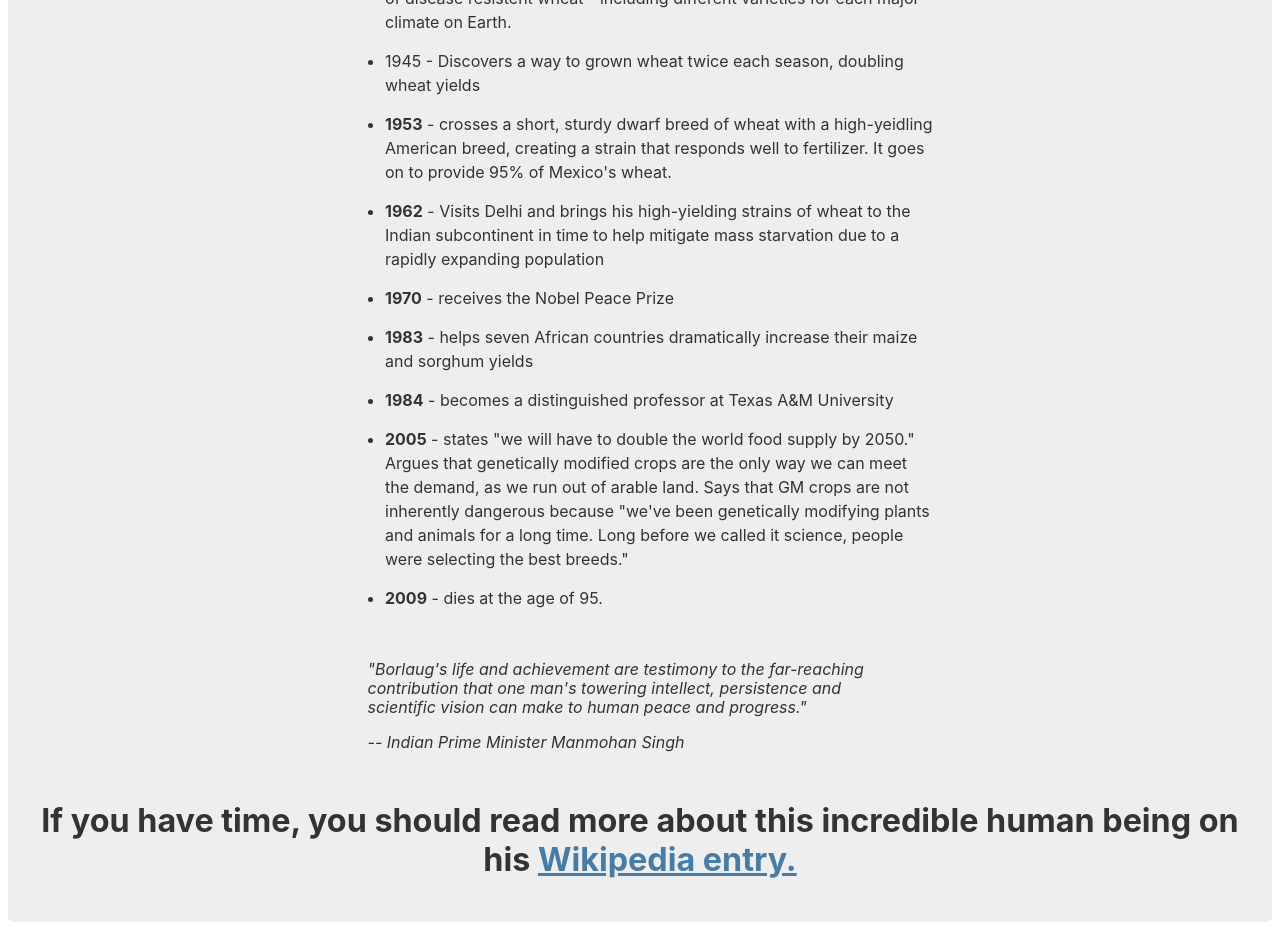
Repository: Lungdjos/tribute-page-certificate
Page: index.html
These files come from the project's save history. The page is drawn as it stood at one moment and after the next save; the edit follows.
The browser window is 1280 px wide. The pictures show the part of the page from y = 1192 to 2144 px (the page is 2144 px tall before and 2080 px after).
A picture or video elsewhere on the page could not be fetched, so the positions and the page height are approximate.

Above is the page before, as saved 2023-10-30 12:55:42.

After the next save:
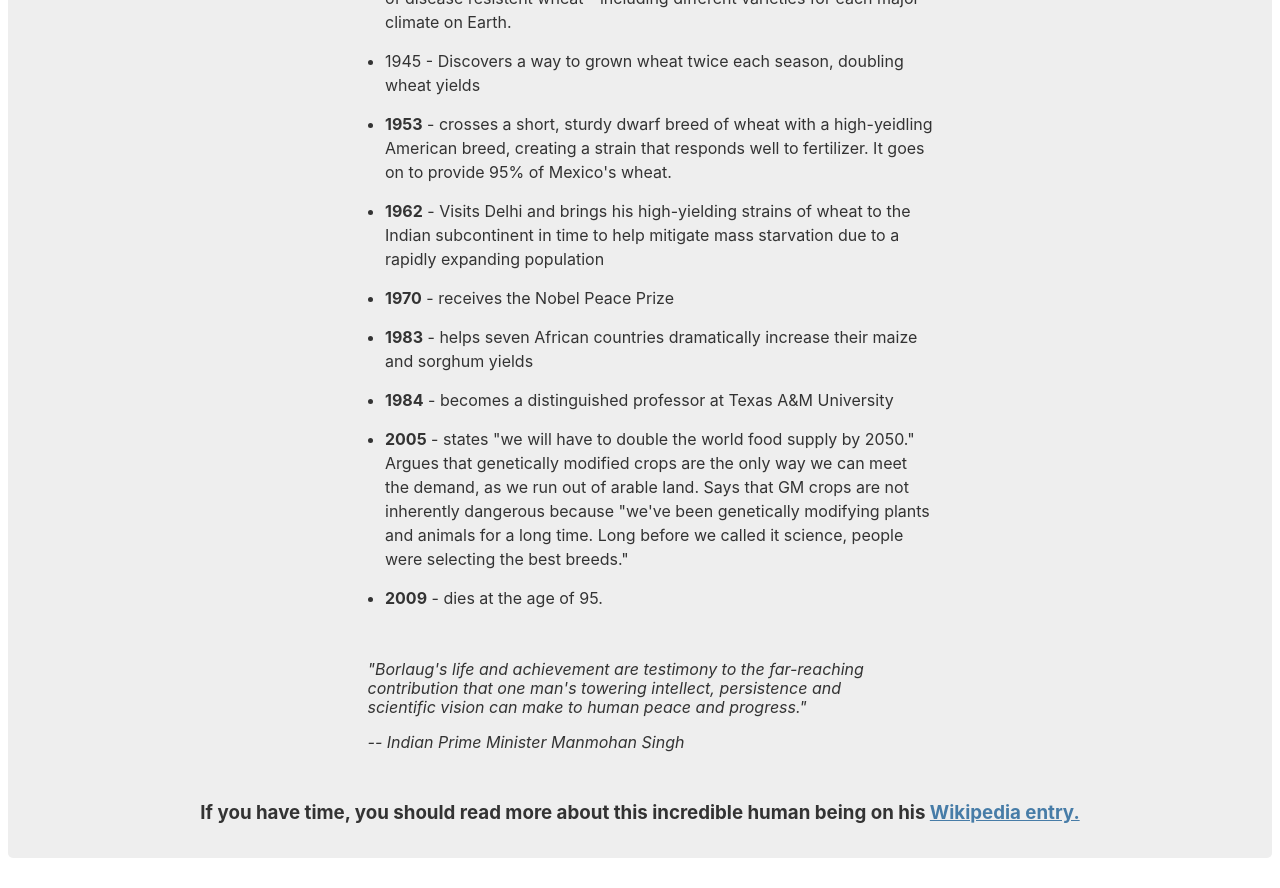
Saved 13 s later.
--- a/index.html
+++ b/index.html
@@ -45,7 +45,7 @@
                 </p>
                 <cite>-- Indian Prime Minister Manmohan Singh</cite>
             </blockquote>
-            <h2 class="foot">If you have time, you should read more about this incredible human being on his
+            <h3 class="foot">If you have time, you should read more about this incredible human being on his
                 <a href="https://en.wikipedia.org/wiki/Norman_Borlaug" target="_blank" id="tribute-link">Wikipedia entry.</a></h2>
         </div>
     </main>
